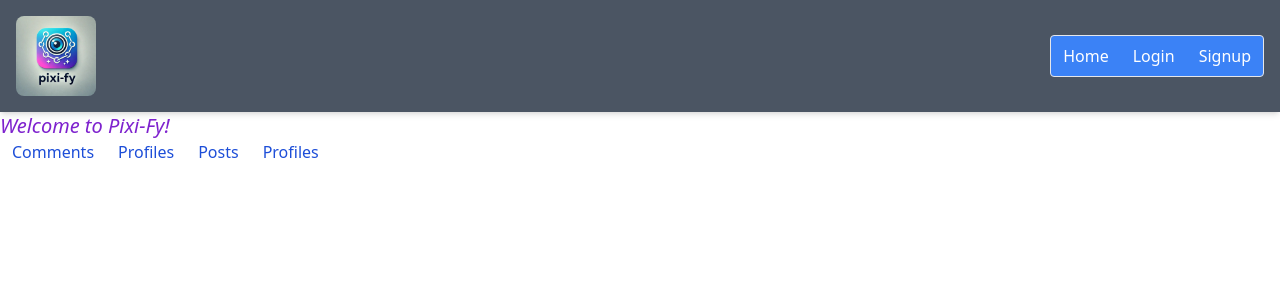
Repository: Engineer-collo/frontend
Page: / (app in frontend/)
The author's editor kept a copy of each file at every save. The page is drawn from the files as they stood at one save, then again after a run of saves.
The browser window is 1280 px wide. The pictures show the whole page.
The project was rebuilt for these pictures with package versions that can differ from the ones it lists, and the page was loaded fresh each time. Also part of the build but not shown: frontend/vite.config.js, frontend/src/components/Comments.jsx, frontend/src/components/Follows.jsx, frontend/src/components/Likes.jsx, frontend/src/components/Login.jsx, frontend/src/components/Posts.jsx, frontend/src/components/Profiles.jsx, frontend/src/components/Signup.jsx and 1 more.

Above is the page before, as saved 2025-04-10 14:25:10.

### frontend/src/main.jsx

import React from 'react';
import ReactDOM from 'react-dom/client'; // For React 18 and later
import App from './App'; // Importing your main App component
import "./index.css"; // ✅ Tailwind styles are pulled in here


const rootElement = document.getElementById('root');  // Assuming you have an element with id="root"

const root = ReactDOM.createRoot(rootElement); // For React 18 and later
root.render(
  <React.StrictMode>
    <App/>
  </React.StrictMode>
);

### frontend/src/App.jsx
import React from "react";
import { BrowserRouter as Router, Routes, Route } from "react-router-dom";

import Comments from './components/Comments';
import Follows from './components/Follows';
import Home from './components/Home';
import Likes from './components/Likes';
import Login from './components/Login';
import Posts from './components/Posts';
import Profiles from './components/Profiles';
import Signup from './components/Signup';
import Users from './components/Users';
import Navbar from './Navbar';

const App = () => {
  return (
    <Router>
      <div className="app-container">
        <Navbar />
        <Routes>
          <Route path="/" element={<Home />} />
          <Route path="/users" element={<Users />} />
          <Route path="/posts" element={<Posts />} />
          <Route path="/comments" element={<Comments />} />
          <Route path="/profiles" element={<Profiles />} />
          <Route path="/likes" element={<Likes />} />
          <Route path="/follows" element={<Follows />} />
          <Route path="/login" element={<Login />} />
          <Route path="/signup" element={<Signup />} />
        </Routes>
      </div>
    </Router>
  );
};

export default App;

### frontend/src/index.css
/* Import Tailwind's base, components, and utilities */
@tailwind base;
@tailwind components;
@tailwind utilities;

### frontend/src/components/Home.jsx
// components/Home.jsx
import React from 'react';
import { Link } from 'react-router-dom';

const Home = () => {
  return (
    <>
    <div className=''>
      <h1><i className='text-xl text-purple-700'>Welcome to Pixi-Fy!</i></h1>
      <Link
        to="/Comments"
        className=" text-blue-700 px-3 py-2 rounded-md transition duration-300"
      >
        Comments
      </Link>

      <Link
        to="/Profiles"
        className=" text-blue-700 px-3 py-2 rounded-md transition duration-300"
      >
        Profiles
      </Link>
      <Link
        to="/Posts"
        className=" text-blue-700 px-3 py-2 rounded-md transition duration-300"
      >
        Posts
      </Link>
      <Link
        to="/Profiles"
        className=" text-blue-700 px-3 py-2 rounded-md transition duration-300"
      >
        Profiles
      </Link>


    </div>
    </>
  );
};

export default Home;

### frontend/src/Navbar.jsx

import React from "react";
import { Link } from "react-router-dom";

const Navbar = () => {
  return (
    <nav className="bg-gray-600 p-4 flex items-center justify-between text-white shadow-md">
      <div className="">
      <img className="ml-18 h-20 rounded-lg"  src="/logo.png" alt="Logo" />
      </div>
      <div className=" bg-blue-500 border rounded flex justify-center">
      <Link
        to="/"
        className=" hover:bg-blue-700 px-3 py-2 rounded-md transition duration-300"
      >
        Home
      </Link>

      <Link
        to="/login"
        className="hover:bg-blue-700 px-3 py-2 rounded-md transition duration-300"
      >
        Login
      </Link>

      <Link
        to="/signup"
        className="hover:bg-blue-700 px-3 py-2 rounded-md transition duration-300"
      >
        Signup
      </Link>
      </div>
    </nav>
  );
};

export default Navbar;

### frontend/tailwind.config.js
/** @type {import('tailwindcss').Config} */
export default {
  content: [
    './index.html', // Include your HTML files
    './src/**/*.{js,jsx,ts,tsx}', // Include all JS/JSX/TS/TSX files in the src folder
  ],
  theme: {
    extend: {},
  },
  plugins: [],
}

Loaded but not shown: frontend/index.html (common file)

After the next 4 saves:
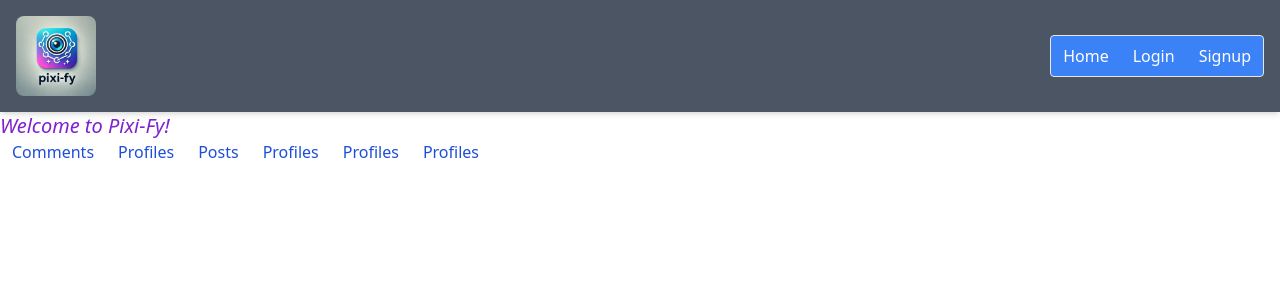
The 4 saves are shown as one change because they came seconds apart.
The last was saved 50 s later.
--- a/frontend/src/components/Home.jsx
+++ b/frontend/src/components/Home.jsx
@@ -33,6 +33,20 @@
         Profiles
       </Link>
 
+      <Link
+        to="/Profiles"
+        className=" text-blue-700 px-3 py-2 rounded-md transition duration-300"
+      >
+        Profiles
+      </Link>
+      <Link
+        to="/Profiles"
+        className=" text-blue-700 px-3 py-2 rounded-md transition duration-300"
+      >
+        Profiles
+      </Link>
+
+
 
     </div>
     </>
